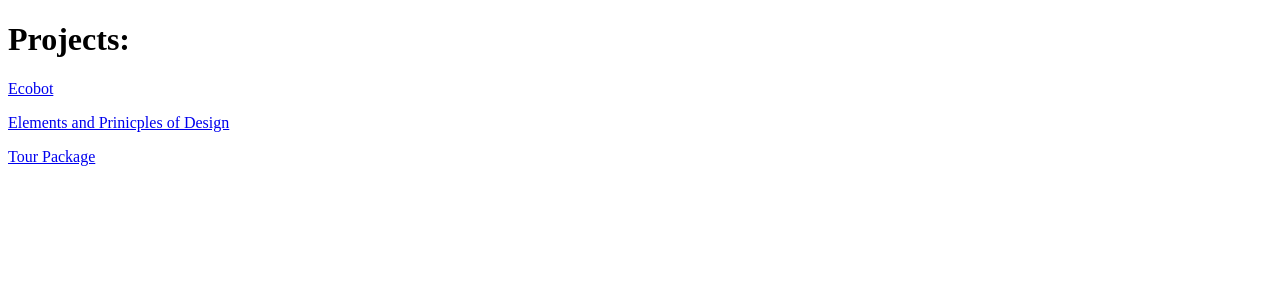
Repository: Isaakwashere/isaakwashere.github.io
Page: Engineering.html
The author's editor kept a record of every edit. The page is drawn from the files as they stood at one moment, then again after the next edit.
The browser window is 1280 px wide. The pictures show the whole page.

Above is the page before.

After the next edit:
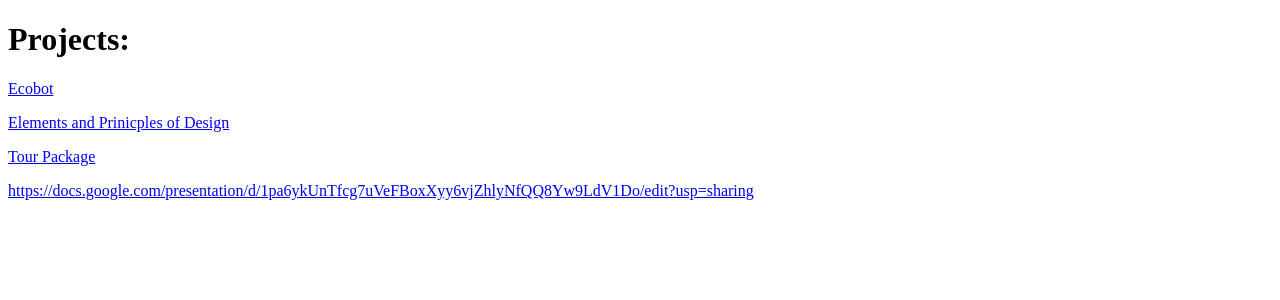
The edit:
--- a/Engineering.html
+++ b/Engineering.html
@@ -19,3 +19,5 @@
 
 </body>
 </html>
+
+https://docs.google.com/presentation/d/1pa6ykUnTfcg7uVeFBoxXyy6vjZhlyNfQQ8Yw9LdV1Do/edit?usp=sharing
